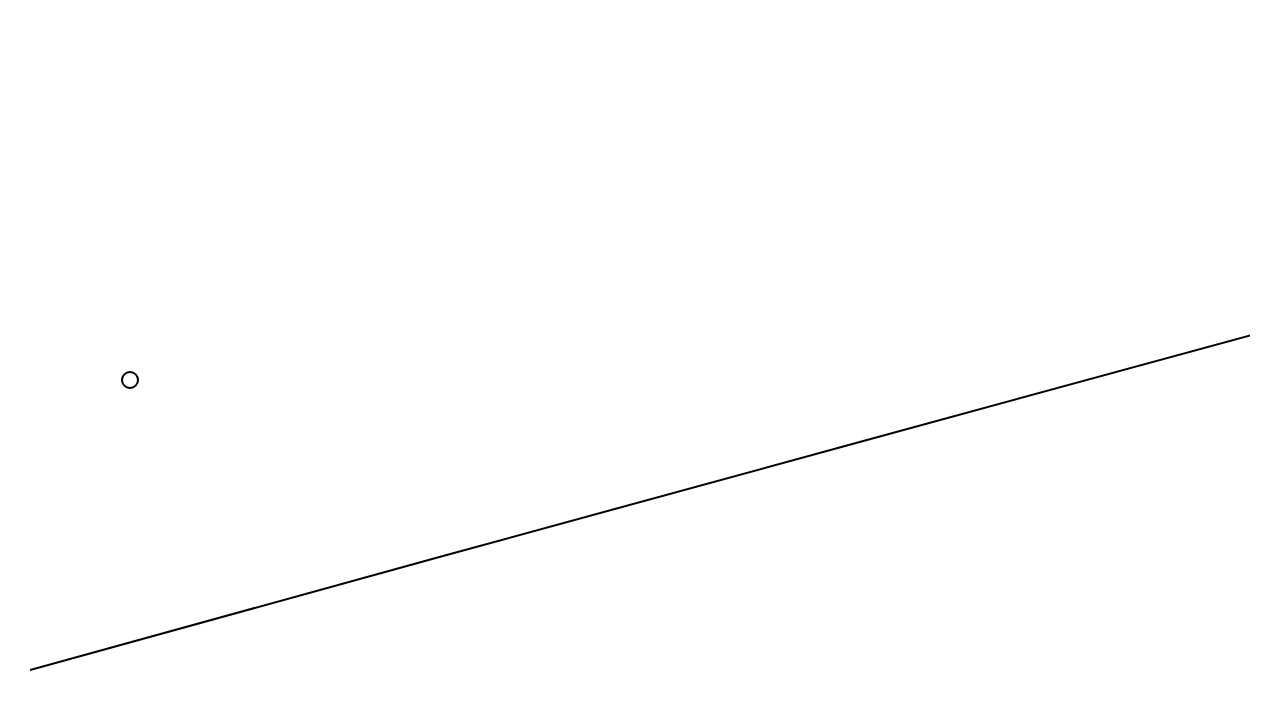
Repository: alinlinbo/yanling-resume-site
Page: svg.html
The author's editor kept a copy of each file at every save. The page is drawn from the files as they stood at one save, then again after the next save.
The browser window is 1280 px wide. The pictures show the whole page.

Above is the page before, as saved 2023-09-21 21:31:08.

After the next save:
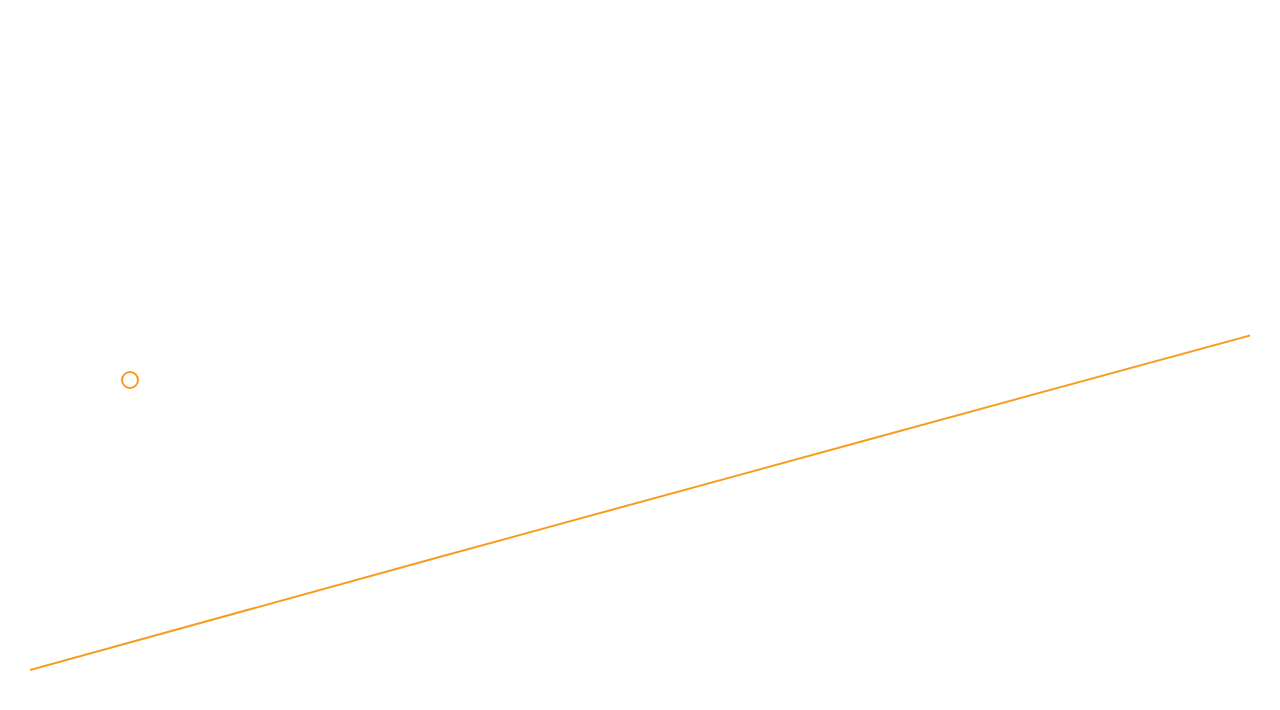
Saved 2 min 25 s later.
--- a/svg.html
+++ b/svg.html
@@ -45,11 +45,11 @@
     <div class="content">
         <svg>
             <!-- 三段直线 -->
-            <path class="line" id="line" d="" stroke="black" stroke-width="2" fill=none" />
-            <path id="line2" d="" stroke="black" stroke-width="2" fill="none" />
-            <path id="line3" d="" stroke="black" stroke-width="2" fill="none" />
+            <path class="line" id="line" d="" stroke="#F89C21" stroke-width="2" fill=none" />
+            <path id="line2" d="" stroke="#F89C21" stroke-width="2" fill="none" />
+            <path id="line3" d="" stroke="#F89C21" stroke-width="2" fill="none" />
             <!-- 两个间隔小圆点 -->
-            <circle cx="100" cy="50" r="8" stroke="black" stroke-width="2" fill="white" />
+            <circle cx="100" cy="50" r="8" stroke="#F89C21" stroke-width="2" fill="white" />
         </svg>
     </div>
     <script>
